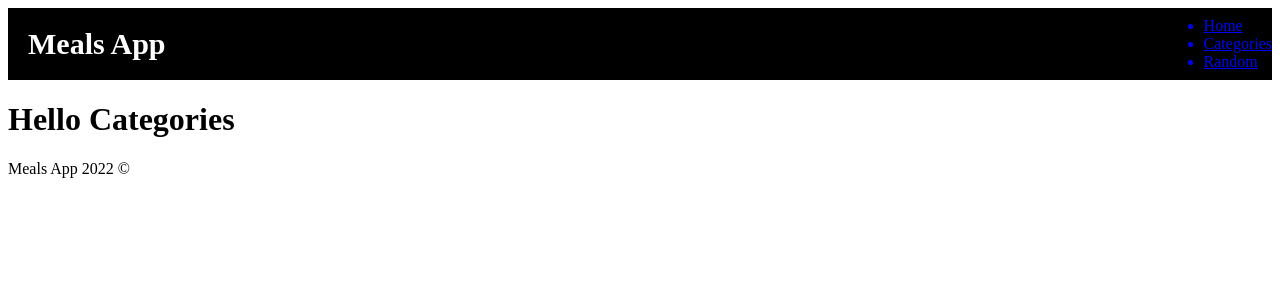
Repository: Shahriddinov/Meals
Page: /categories
An editor plug-in stored every save of this project. The page is shown before and after the next save, followed by the edit.
The browser window is 1280 px wide. The pictures show the whole page.
The project was rebuilt for these pictures with package versions that can differ from the ones it lists, and the page was loaded fresh each time. Also part of the build but not shown: src/components/HomePage/HomePage.js, src/components/RandomMeal/RandomMeal.js.

Above is the page before, as saved 2022-03-21 16:40:54.

### src/index.js
import React from 'react';
import ReactDOM from 'react-dom';
import { BrowserRouter } from 'react-router-dom';
import App from './App';
import { AppContext } from './components/context/context';

ReactDOM.render(
  <React.StrictMode>
    <BrowserRouter>
    <AppContext>
      <App />
    </AppContext>
    </BrowserRouter>

  </React.StrictMode>,
  document.getElementById('root')
);

### src/App.js
import React from 'react';
import { Footer } from './components/Footer/Footer';
import Navbar from './components/Navbar/Navbar';
import HomePage from './components/HomePage/HomePage'
import Categories from './components/Categories/Categories'
import RandomMeal from './components/RandomMeal/RandomMeal'
import {BrowserRouter,  Routes, Route} from 'react-router-dom'

function App(props) {
    return (
        <div>
         <Navbar />

         <Routes>
          <Route  path="/" element={<HomePage/>} />
          <Route  path="/categories" element={<Categories/>}/>
          <Route  path="/random" element={<RandomMeal/>} />
          </Routes>
          <Footer/>
        </div>
    );
}

export default App;

### src/components/context/context.js
import React, {createContext} from 'react'

const myContext = createContext();

export const AppContext  = ({children}) =>{
  return <myContext.Provider>{children}</myContext.Provider>

}

### src/components/Footer/Footer.js
import React from 'react'

export const Footer = () => {
  return (
    <div className="footer">
       <p>Meals <span>App</span> 2022 &copy;</p>
    </div>
  )
}

### src/components/Navbar/Navbar.js
import React from 'react'
import {Link} from 'react-router-dom'
import "./Navbar.scss"
const Navbar = () => {
  return (
    <div className="navbar">
      <div className="navbar-heading">
          <h1>Meals <span>App</span></h1>
      </div>
      <div className="navbar-links">
          <ul>
           <Link to="/">
             {""}
             <li>Home</li>
             </Link>
           <Link to="/categories">
             {""}
             <li>Categories</li>
             </Link>
           <Link to="/random">
             {""}
             <li>Random</li>
             </Link>
          </ul>
      </div>
    </div>
  )
}

export default Navbar

### src/components/Categories/Categories.js
import React from 'react'

function Categories() {
  return (
    <div>
       <h1>Hello Categories</h1>
    </div>
  )
}

export default Categories

### src/components/Navbar/Navbar.scss
.navbar {
  width: 100%;
  height: 10vh;
  background: #000000;
  color: #fff;
  display: flex;
  align-items: center;
  justify-content: space-between;
  flex-direction: row;
  &-heading {
    h1 {
      margin-left: 20px;
      font-size: 30px;
    }
  }
}

Loaded but not shown: public/index.html (common file)

After the next save:
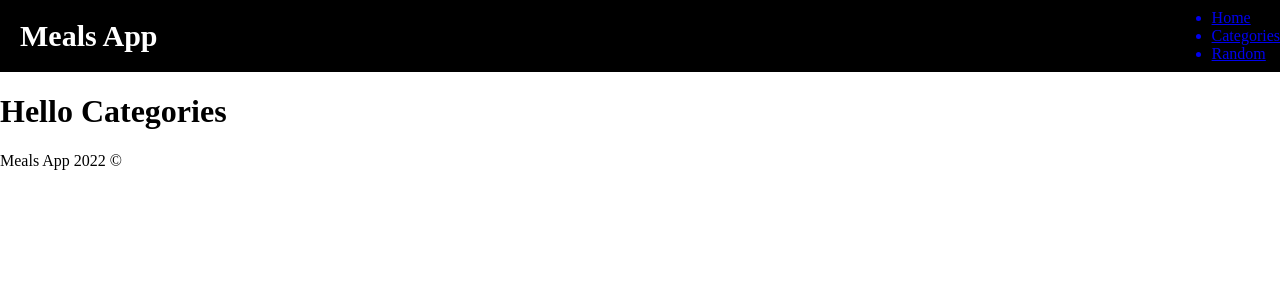
Saved 43 s later.
--- a/src/components/Navbar/Navbar.scss
+++ b/src/components/Navbar/Navbar.scss
@@ -1,3 +1,9 @@
+body {
+  padding: 0;
+  margin: 0;
+  box-sizing: border-box;
+}
+
 .navbar {
   width: 100%;
   height: 10vh;
